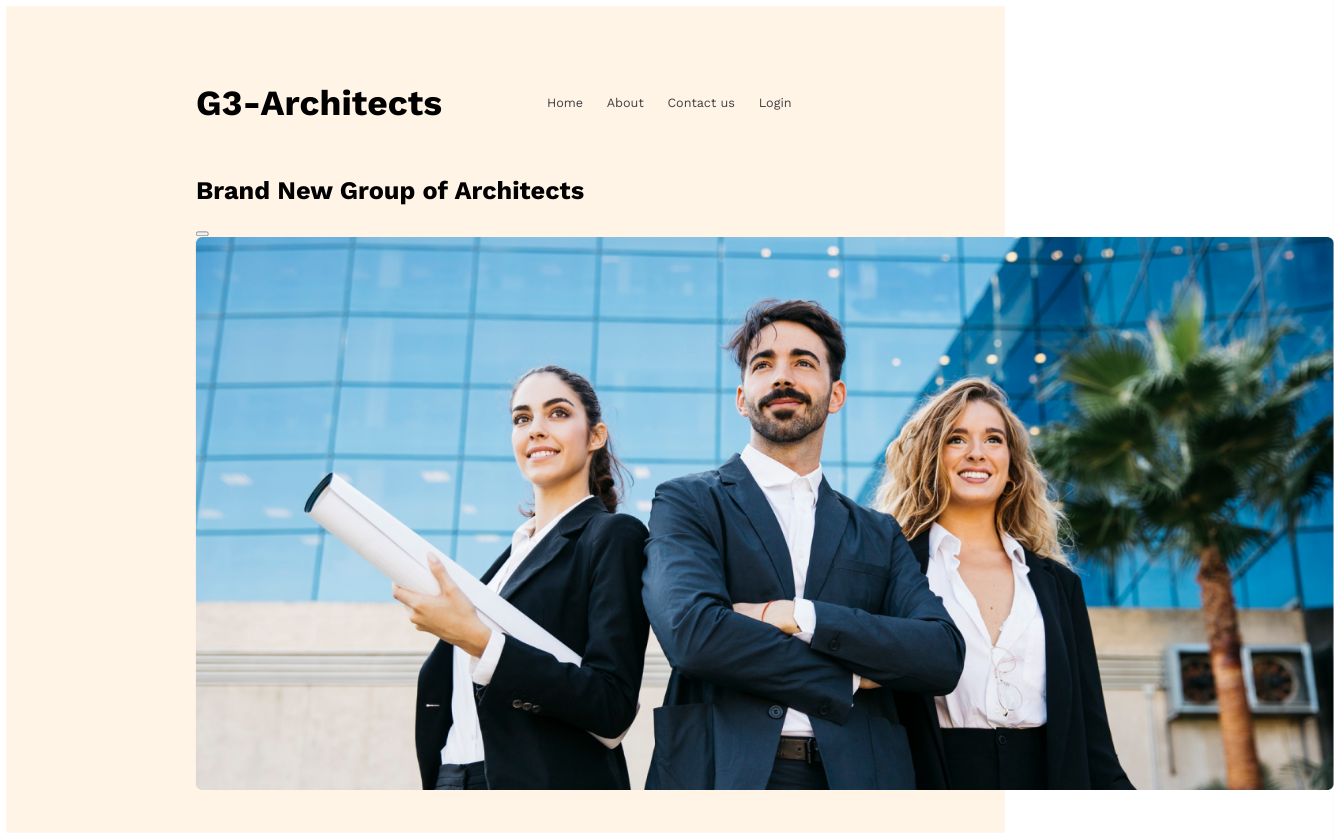
Repository: RudrasahaDibos/architects-resources
Page: index.html
The author's editor kept a copy of each file at every save. The page is drawn from the files as they stood at one save, then again after a run of saves.
The browser window is 1280 px wide. The page is 1688 px wide, so the pictures cover 1688 px, including what lies to the right of the window. The pictures show the whole page, at 79% of full size.

Above is the page before, as saved 2024-10-06 16:39:38.

### index.html
<!DOCTYPE html>
<html lang="en">
<head>
    <meta charset="UTF-8">
    <meta name="viewport" content="width=device-width, initial-scale=1.0">
    <link rel="stylesheet" href="index.css">
    <title>Responsive web side</title>
</head>
<body>
       <header>
              <nav>
                <h3 class="nav-title">G3-Architects</h3>
              <ul>
                 <li><a href="">Home</a></li>
                 <li><a href="">About</a></li>
                 <li><a href="">Contact us</a></li>
                 <li><a href="">Login</a></li>
              </ul>
              </nav>
             <div>
                 <h1>Brand New Group of Architects</h1>
                 <p></p>
                 <button></button>
                 <img src="images/banner.png" alt="">
             </div>

       </header>
       <main>

       </main>
       <footer>

       </footer>
</body>
</html>

### index.css
@import url('https://fonts.googleapis.com/css2?family=Work+Sans:ital,wght@0,100..900;1,100..900&display=swap');

*{
    font-family: "Lato", sans-serif;
    font-family: "Open Sans", sans-serif;
    font-family: "Work sans", sans-serif;


}
header{
    background-color: rgba(255,144,14,0.10);
    padding: 50px 240px;

}
.nav-title{
    font-size: 2.8rem;
    font-weight: 700px;
}
nav{
    display: flex;
    justify-content: space-between;
    align-items: center;
}
nav >ul{
    display: flex;
}
nav li{
    list-style: none;
    margin-right: 30px;
    font-weight: 500px;
    font-size: 1rem;
}
 nav li a{
    text-decoration: none;
    color: #424242;
 }

After the next 3 saves:
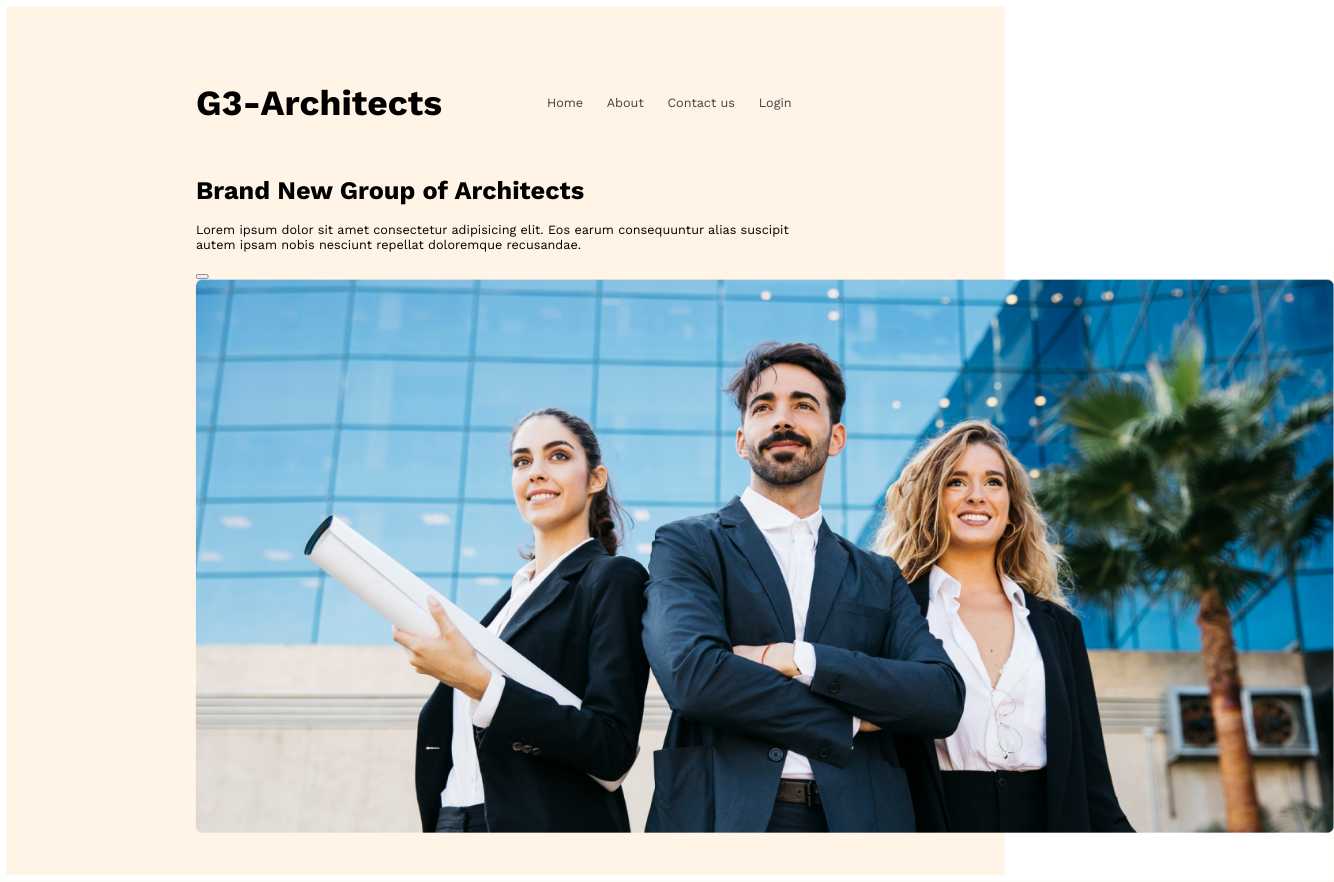
The 3 saves are shown as one change because they came seconds apart.
The last was saved 19 s later.
--- a/index.html
+++ b/index.html
@@ -19,7 +19,7 @@
               </nav>
              <div>
                  <h1>Brand New Group of Architects</h1>
-                 <p></p>
+                 <p>Lorem ipsum dolor sit amet consectetur adipisicing elit. Eos earum consequuntur alias suscipit autem ipsam nobis nesciunt repellat doloremque recusandae.</p>
                  <button></button>
                  <img src="images/banner.png" alt="">
              </div>
